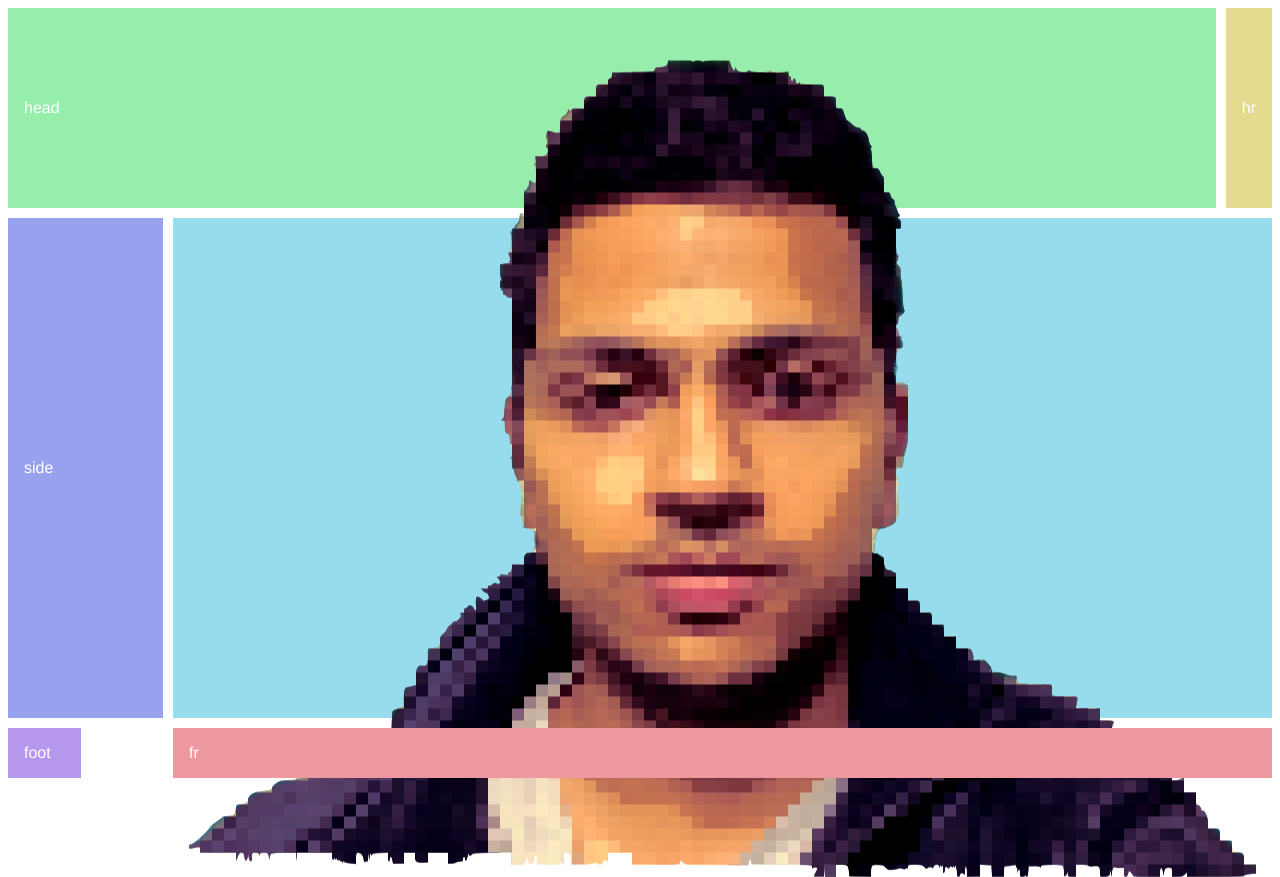
Repository: SamirIngley/html-semantic
Page: templates/grid.html
The author's editor kept a copy of each file at every save. The page is drawn from the files as they stood at one save, then again after the next save.
The browser window is 1280 px wide. The pictures show the whole page.

Above is the page before, as saved 2020-02-06 07:23:22.

### templates/grid.html
<!--
   This example used named areas to place elements
   on the grid
 -->
<div class="wrapper">

  <div class="header">
    <div>head</div>
  </div>

  <div class="header-right">
    <div>hr</div>
  </div>

  <div class="main-content">
    <div><img src="static/images/8-bit.png" alt="samir-profile-pic" style="width:100%;"></div>
  </div>

  <div class="side-bar">
    <div>side</div>
  </div>

  <div class="footer">
    <div>foot</div>
  </div>

  <div class="footer-right">
    <div>fr</div>
  </div>

</div>

<style>
  .wrapper {
    display: grid;
    grid-gap: 10px;
    grid-template-columns: repeat(2, 1fr);
    grid-template-rows: 200px 500px;
    /*
    The named areas below define where elements with
    those names are placed on the grid.
    */
    grid-template-areas:  "h h h r"
                          "s s m m"
                          "f . g g";
  }

  .wrapper>div {
    color: white;
    font-family: Helvetica;
    padding: 1em;
    display: flex;
    justify-content: space-between;
    align-items: center;
    /* height: 20px; */
  }

  .header {
    /* Name this element to place it on the grid */
    grid-area: h;
  }

  .header-right {
    grid-area: r;
  }

  .main-content {
    grid-area: m;
  }

  .side-bar {
    grid-area: s;
  }

  .footer {
    grid-area: f;
  }

  .footer-right {
    grid-area: g;
  }

  .wrapper>div:nth-child(1) {
    background-color: #97edab
  }

  .wrapper>div:nth-child(2) {
    background-color: #e5db8e
  }

  .wrapper>div:nth-child(3) {
    background-color: #97dced
  }

  .wrapper>div:nth-child(4) {
    background-color: #97a1ed
  }

  .wrapper>div:nth-child(5) {
    background-color: #b597ed
  }

  .wrapper>div:nth-child(6) {
    background-color: #ed979e
  }

</style>

After the next save:
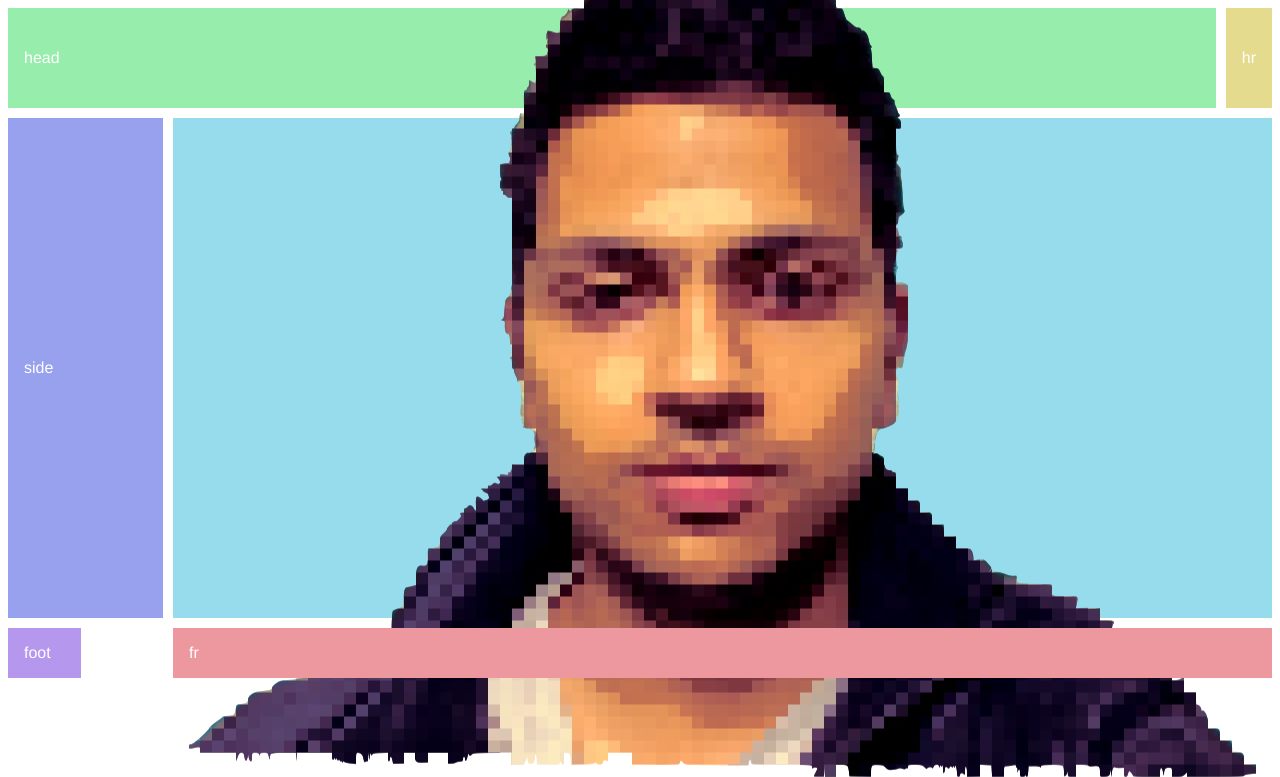
Saved 16 s later.
--- a/templates/grid.html
+++ b/templates/grid.html
@@ -35,7 +35,7 @@
     display: grid;
     grid-gap: 10px;
     grid-template-columns: repeat(2, 1fr);
-    grid-template-rows: 200px 500px;
+    grid-template-rows: 100px 500px;
     /*
     The named areas below define where elements with
     those names are placed on the grid.
